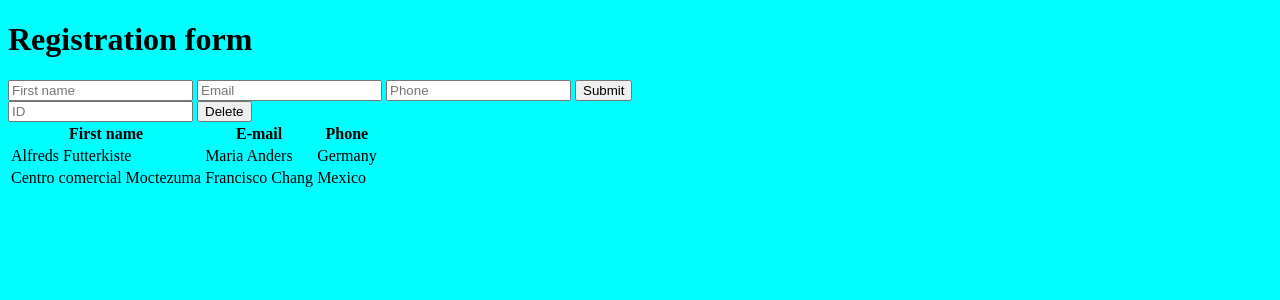
Repository: mediumrtp/CRUD
Page: index.html
These files come from the project's save history. The page is drawn as it stood at one moment and after the next save; the edit follows.
The browser window is 1280 px wide. The pictures show the whole page.

Above is the page before, as saved 2022-11-15 09:44:06.

After the next save:
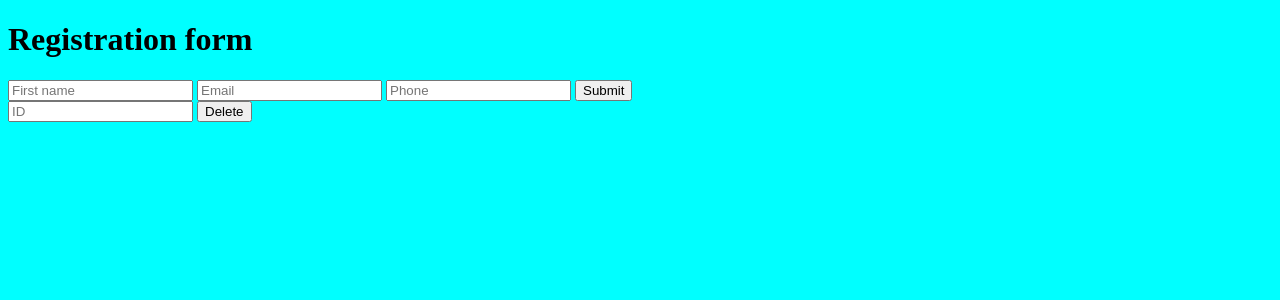
Saved 27 s later.
--- a/index.html
+++ b/index.html
@@ -28,23 +28,4 @@
 
 </body>
 
-<table>
-    <tr>
-        <th>First name</th>
-        <th>E-mail</th>
-        <th>Phone</th>
-    </tr>
-    <tr>
-        <td>Alfreds Futterkiste</td>
-        <td>Maria Anders</td>
-        <td>Germany</td>
-    </tr>
-    <tr>
-        <td>Centro comercial Moctezuma</td>
-        <td>Francisco Chang</td>
-        <td>Mexico</td>
-    </tr>
-</table>
-</body>
-
 </html>
